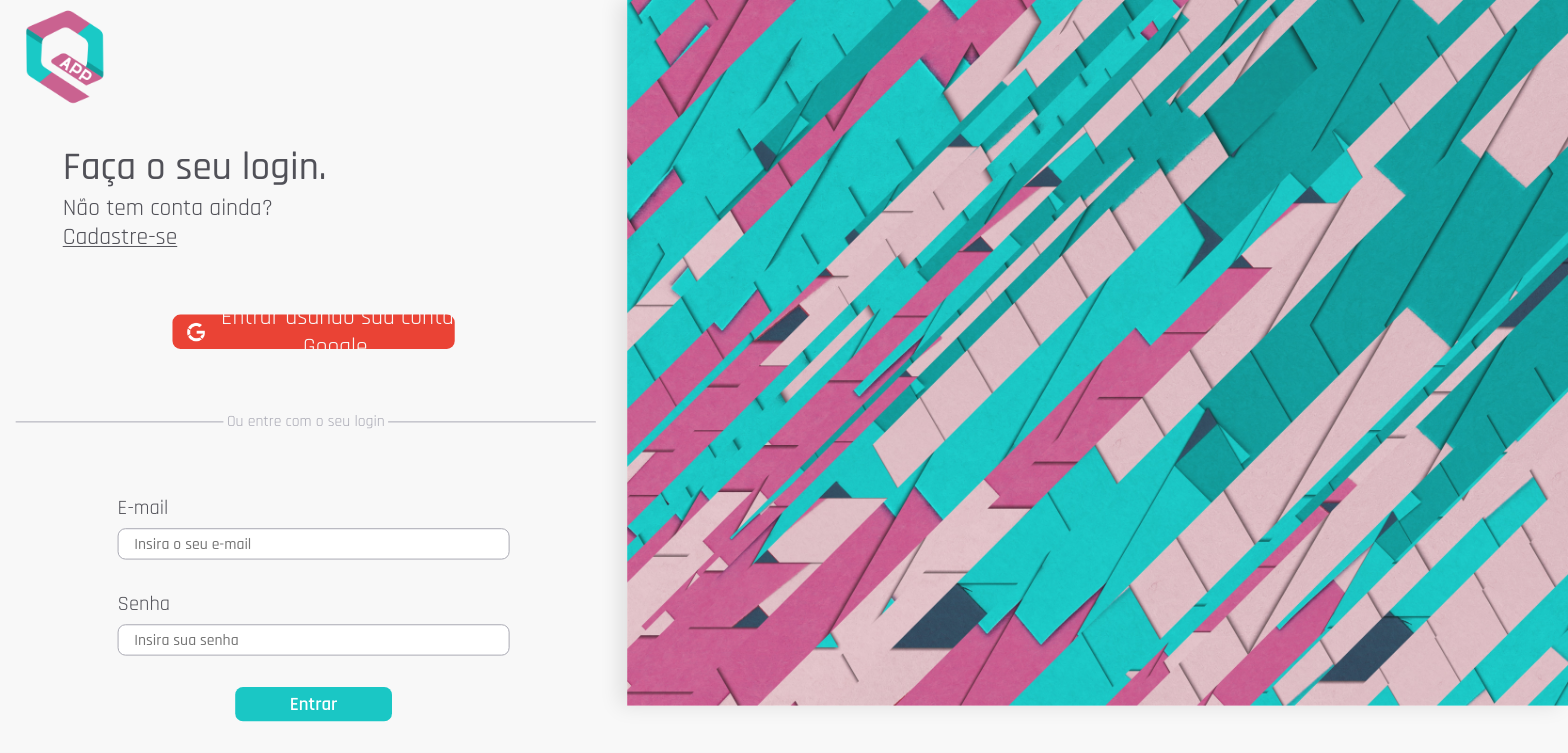
Repository: kika-cavalher/qapp-web
Page: /
The author's editor kept a copy of each file at every save. The page is drawn from the files as they stood at one save, then again after the next save.
The browser window is 1280 px wide. The page is 1600 px wide, so the pictures cover 1600 px, including what lies to the right of the window. The pictures show the whole page, at 98% of full size.
The page's requests for data from a server got no answer. The project was rebuilt for these pictures with package versions that can differ from the ones it lists, and the page was loaded fresh each time. No one was signed in, and anything a server would have sent is missing. Also part of the build but not shown: src/pages/Register.tsx.

Above is the page before, as saved 2022-02-28 16:56:12.

After the next save:
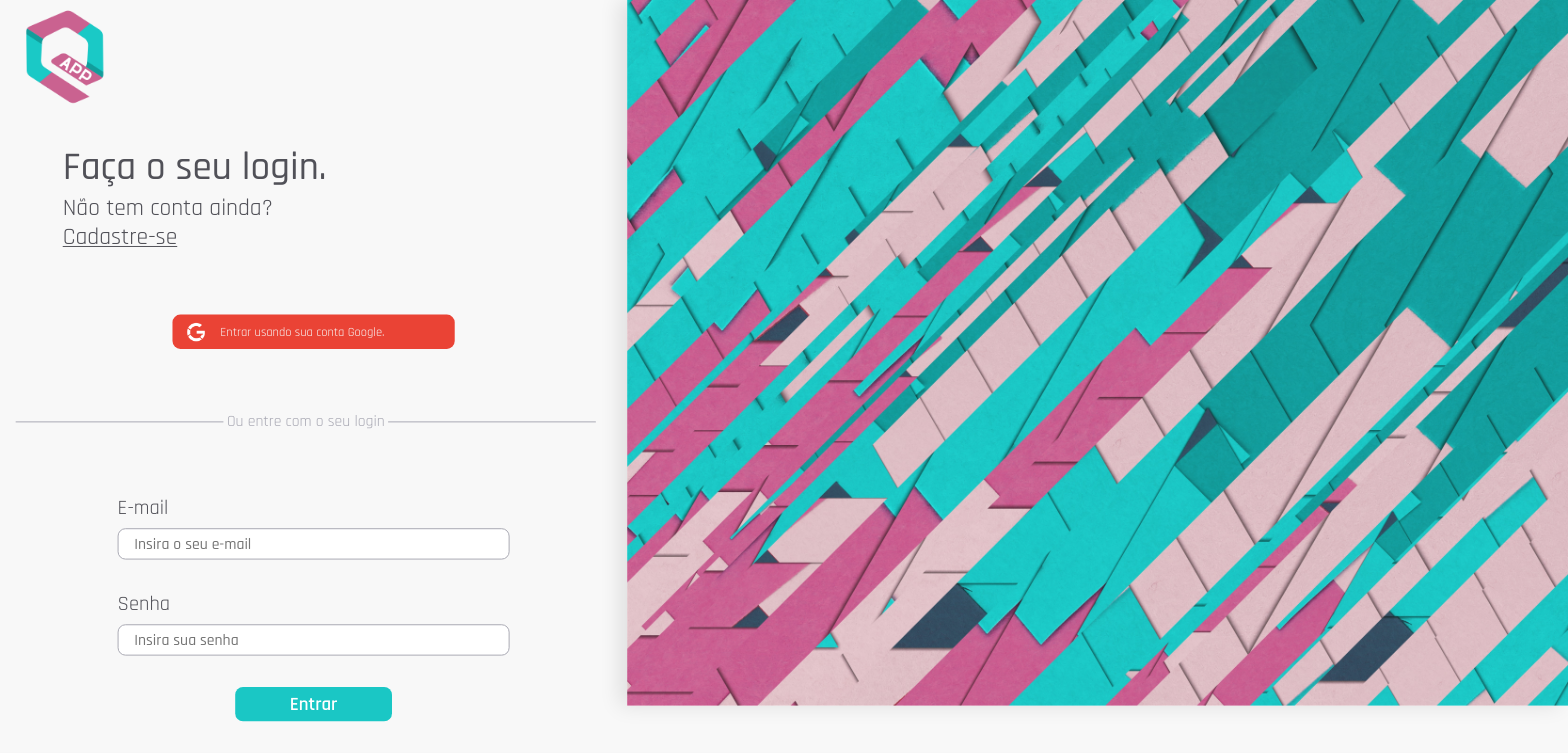
Saved 52 s later.
--- a/src/styles/global/button.scss
+++ b/src/styles/global/button.scss
@@ -37,7 +37,7 @@
     }
 
     @include notebook {
-        font-size: 1.5rem;
+        font-size: 0.8rem;
         height: 35px;
     }
 
